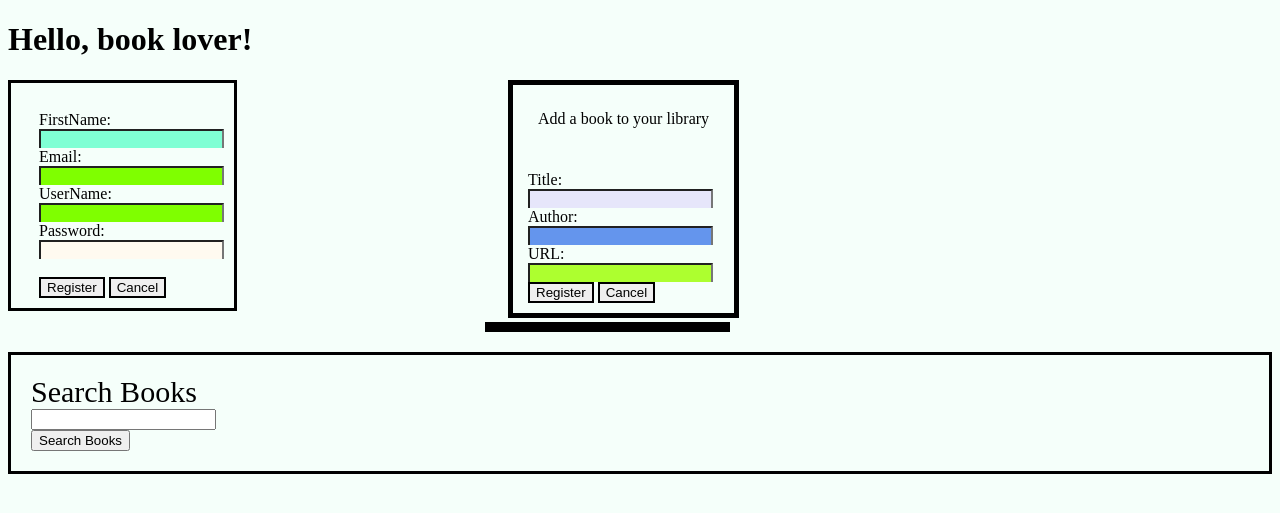
Repository: IuliaGusatu/cloudcomputingProjectSIMPREGusatuIulia
Page: environment/frontend/index.html
The author's editor kept a record of every edit. The page is drawn from the files as they stood at one moment, then again after the next edit.
The browser window is 1280 px wide. The pictures show the whole page.
The page's requests for data from a server got no answer.

Above is the page before.

After the next edit:
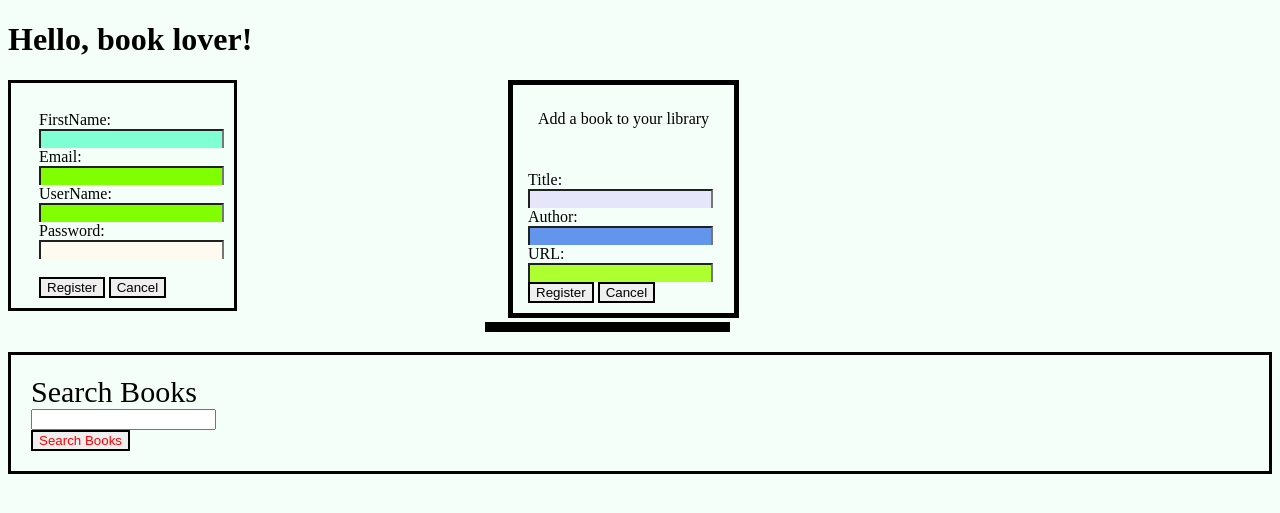
The edit:
--- a/environment/frontend/index.html
+++ b/environment/frontend/index.html
@@ -53,7 +53,7 @@
 				<input type="search" id="books">
 
 			</div>
-			<button >Search Books</button>
+			<button style="border-style: solid; border-color: black; color:red"  >Search Books</button>
 		</form>
 	</div>
 	<div id="result">
